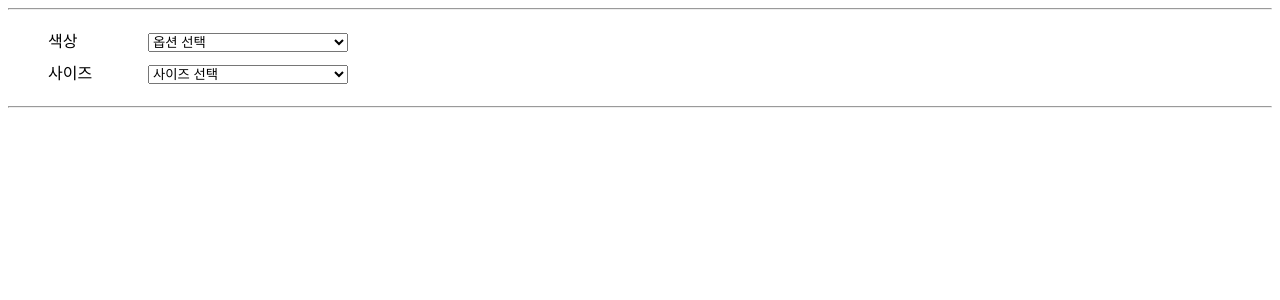
Repository: yeonddu/green_js
Page: pro01/public/songyeonsu-3.html
The author's editor kept a copy of each file at every save. The page is drawn from the files as they stood at one save, then again after the next save.
The browser window is 1280 px wide. The pictures show the whole page.

Above is the page before, as saved 2022-12-23 06:06:39.

After the next save:
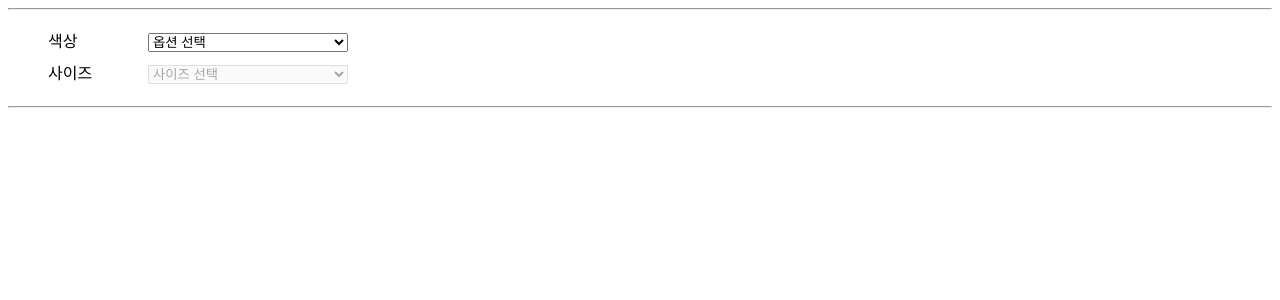
Saved 19 s later.
--- a/pro01/public/songyeonsu-3.html
+++ b/pro01/public/songyeonsu-3.html
@@ -27,19 +27,23 @@
 		const select2 = document.querySelector("#size")
 		const p = document.querySelector("p")
 
+		select2.setAttribute("disabled", "")
+
 		select1.addEventListener("change", () => {
 			const options = event.currentTarget.options
 			const index = event.currentTarget.options.selectedIndex
+			p.textContent = `선택: ${options[index].textContent}`
 
-			p.textContent = `선택: ${options[index].textContent}`
+			select2.removeAttribute("disabled", "")
+
+			select2.addEventListener("change", () => {
+				const options = event.currentTarget.options
+				const index = event.currentTarget.options.selectedIndex
+				p.textContent += `, ${options[index].textContent}`
+
+			})
 		})
 
-		select2.addEventListener("change", () => {
-			const options = event.currentTarget.options
-			const index = event.currentTarget.options.selectedIndex
-
-			p.textContent += `, ${options[index].textContent}`
-		})
 	})
 
 </script>
